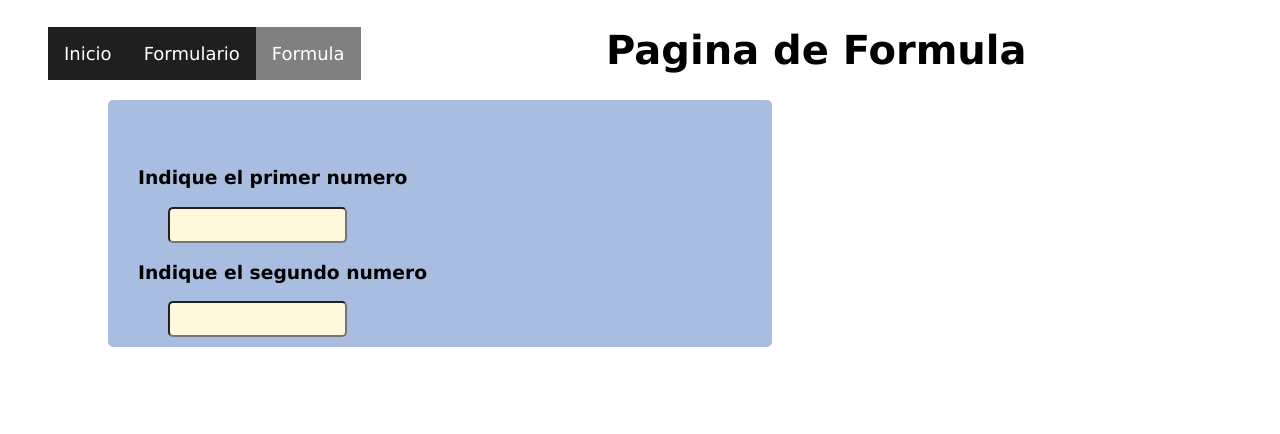
Repository: misterySnow94/tutoriales
Page: pagina basica/formula.html
These files come from the project's save history. The page is drawn as it stood at one moment and after the next save; the edit follows.
The browser window is 1280 px wide. The pictures show the whole page.

Above is the page before, as saved 2019-11-04 00:33:37.

### pagina basica/formula.html
<!DOCTYPE html>
<html lang="en">
<head>
    <meta charset="UTF-8">
    <meta name="viewport" content="width=device-width, initial-scale=1.0">
    <meta http-equiv="X-UA-Compatible" content="ie=edge">
    <title>inicio</title>
    <link rel="stylesheet" href="css/style.css">
</head>
<body>
    <nav>
        <ul>
            <li><a href="index.html"> Inicio </a></li>
            <li><a href="formulario.html">Formulario</a></li>
            <li class="active"><a href="formula.html">Formula</a></li>
        </ul>
    </nav>

    <div class="contenido">
        <h1>Pagina de Formula</h1>

        <form action="">
            <h2></h2>
            <label for="numero_1">
                <h3>Indique el primer numero</h3>
                <input type="number" name="numero_1">
            </label>
            <label for="numero_2">
                <h3>Indique el segundo numero</h3>
                <input type="number" name="numero_2">
            </label>
        </form>
    </div>
</body>
</html>

### pagina basica/css/style.css
body{
    font-family: 'Lucida Sans', 'Lucida Sans Regular', 'Lucida Grande', 'Lucida Sans Unicode', Geneva, Verdana, sans-serif;
}

li{
    float: left;
    list-style: none;
    padding: 16px;
    background-color: rgb(31, 31, 31);
}

.active{
    background-color: gray;
}

li:hover{
    background-color: gray;
}

a{
    color: white;
    text-decoration: none;
    font-size: 18px;
}

h1{
    text-align: center;
    font-size: 40px;
}

form{
    margin-left: 100px;
    margin-right: 500px;
    background-color: rgb(169, 189, 224);
    border-radius: 5px;
    padding: 10px;
}

label, input, h3 , select{
    margin-left: 20px;
}

input, select{
    margin-left: 50px;
    border-radius: 5px;
    height: 30px;
    font-family: 'Lucida Sans', 'Lucida Sans Regular', 'Lucida Grande', 'Lucida Sans Unicode', Geneva, Verdana, sans-serif;
    background-color: cornsilk;
}

button{
    background-color: blueviolet;
    height: 50px;
    width: 300px;
    border:none;
    border-radius: 5px;
    font-family: 'Lucida Sans', 'Lucida Sans Regular', 'Lucida Grande', 'Lucida Sans Unicode', Geneva, Verdana, sans-serif;
    font-size: 30px;
    color:white;
    margin-left: 25%;
}

button:hover{
    background-color: rgb(190, 140, 236);
    color:black;
}

.radio{
    width: 20px;
    height: 20px;
}

After the next save:
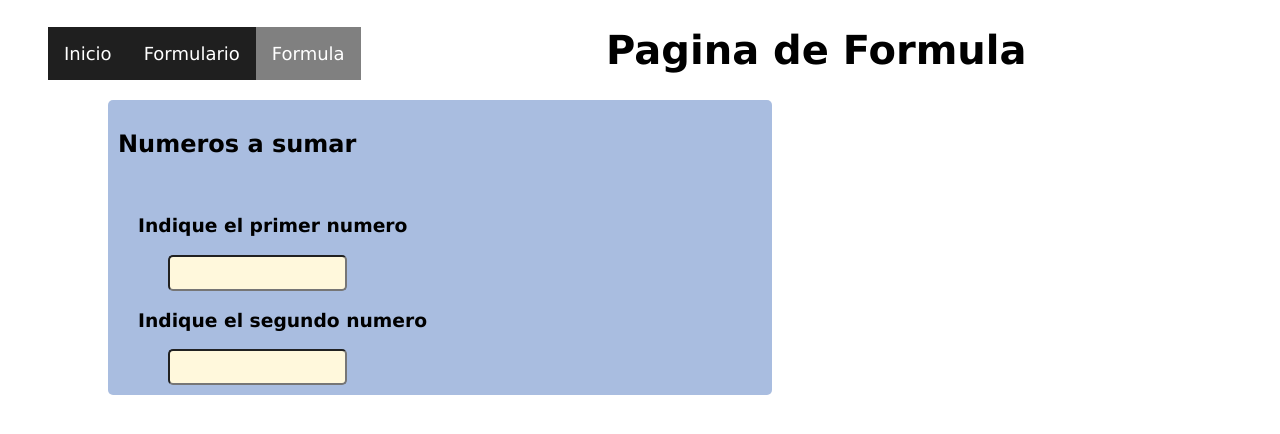
Saved 8 s later.
--- a/pagina basica/formula.html
+++ b/pagina basica/formula.html
@@ -20,7 +20,7 @@
         <h1>Pagina de Formula</h1>
 
         <form action="">
-            <h2></h2>
+            <h2>Numeros a sumar</h2>
             <label for="numero_1">
                 <h3>Indique el primer numero</h3>
                 <input type="number" name="numero_1">
